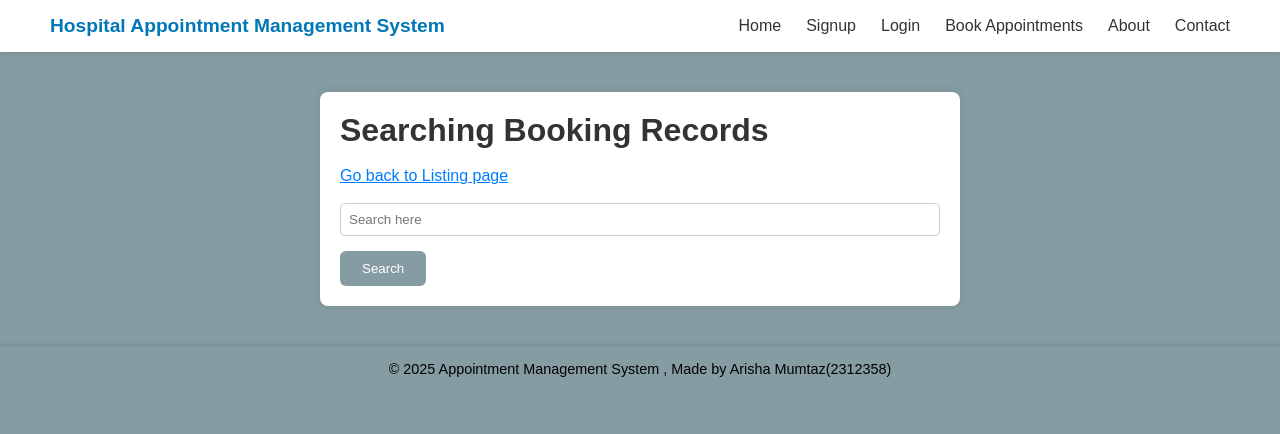
Repository: Arisha004/Hospital-Appointment-Management-System
Page: http://localhost/searching.php
These files come from the project's save history. The page is drawn as it stood at one moment and after a run of saves; the edit follows.
The browser window is 1280 px wide. The pictures show the whole page.
The page is run by PHP 8.4 with error messages shown; the project is at /var/www/html/.

Above is the page before, as saved 2025-10-26 22:31:05.

After the next 8 saves:
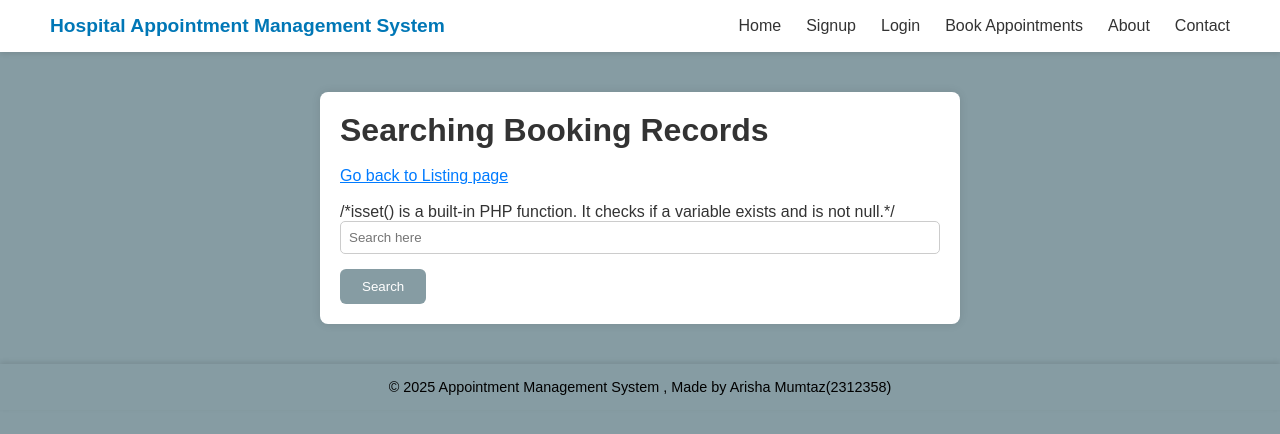
The 8 saves are shown as one change because they came seconds apart.
The last was saved 6 min 10 s later.
--- a/searching.php
+++ b/searching.php
@@ -63,7 +63,8 @@
       <p><a href="list.php"> Go back to Listing page</a></p><br>
 
 
-
+/*isset() is a built-in PHP function.
+It checks if a variable exists and is not null.*/
     <input type="text" name="search" required value="<?php if(isset($_GET['search'])){
     echo $_GET['search'];
 }?>" placeholder="Search here">

After the save that followed:
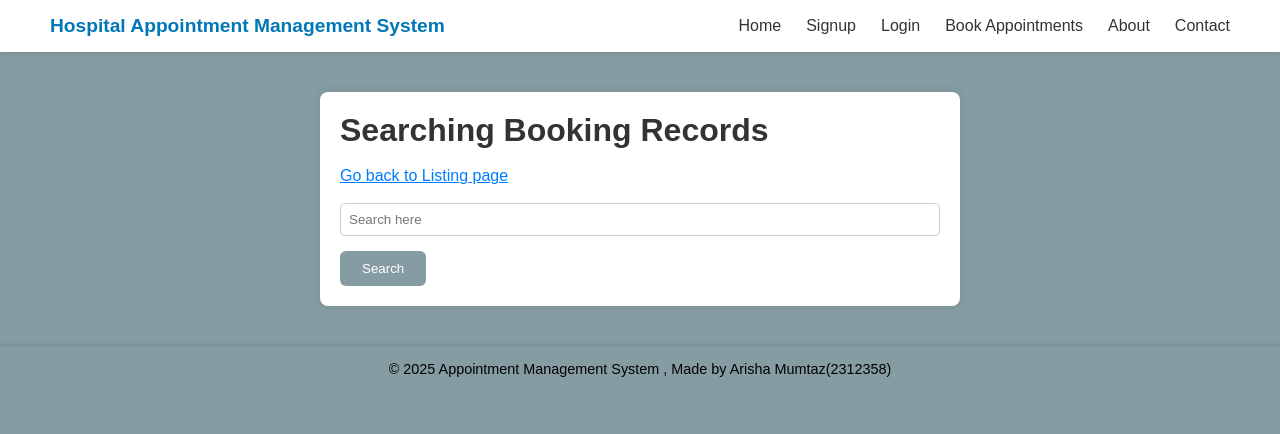
Saved 5 s later.
--- a/searching.php
+++ b/searching.php
@@ -63,8 +63,6 @@
       <p><a href="list.php"> Go back to Listing page</a></p><br>
 
 
-/*isset() is a built-in PHP function.
-It checks if a variable exists and is not null.*/
     <input type="text" name="search" required value="<?php if(isset($_GET['search'])){
     echo $_GET['search'];
 }?>" placeholder="Search here">
